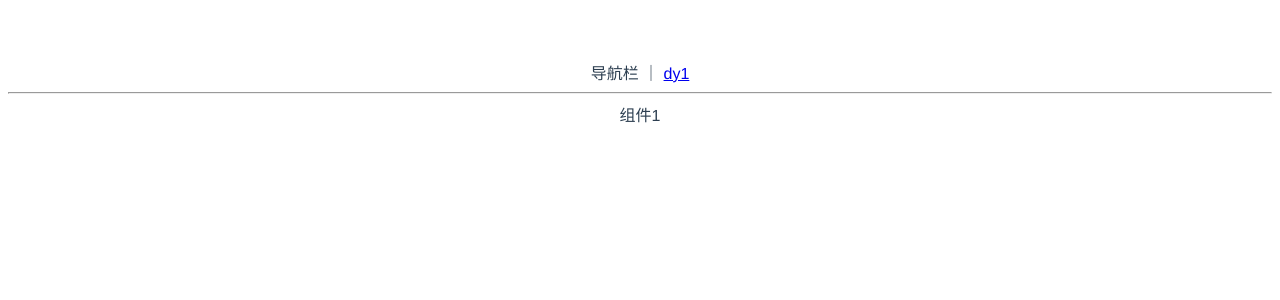
Repository: SquallChen/dy-ui
Page: /
An editor plug-in stored every save of this project. The page is shown before and after the next save, followed by the edit.
The browser window is 1280 px wide. The pictures show the whole page.
The project was rebuilt for these pictures with package versions that can differ from the ones it lists, and the page was loaded fresh each time.

Above is the page before, as saved 2020-08-05 20:53:39.

### src/main.ts
import { createApp } from 'vue'
import App from './App.vue'
import './index.css'
import {createWebHashHistory,createRouter} from 'vue-router';
import dy from './components/dy.vue';
import dy2 from './components/dy.vue';
const history = createWebHashHistory()
const router = createRouter({
  history:history,
  routes:[
    {path:'/',component:dy},
    {path:'/xxx',component:dy2},
  ]
})
const app = createApp(App);
app.use(router)
app.mount('#app')

### src/App.vue
<template>
  <div> 导航栏 ｜ <router-link to="/">dy1</router-link> </div>
  <hr/>
  <router-view></router-view>
</template>

<script>
import dy from './components/dy.vue'

export default {
  name: 'App',
}
</script>

### src/components/dy.vue
<!--
 * @Autor: cxq
 * @Date: 2020-08-05 19:48:54
 * @LastEditTime: 2020-08-05 19:49:10
 * @Description
-->
<template>
  <div>
    组件1
  </div>
</template>

Loaded but not shown: index.html (common file); src/index.css (common file)

After the next save:
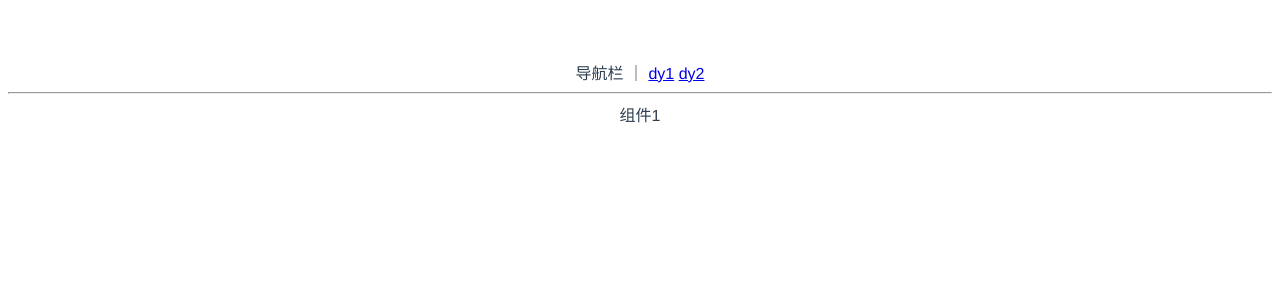
Saved 7 s later.
--- a/src/App.vue
+++ b/src/App.vue
@@ -1,5 +1,5 @@
 <template>
-  <div> 导航栏 ｜ <router-link to="/">dy1</router-link> </div>
+  <div> 导航栏 ｜ <router-link to="/">dy1</router-link> <router-link to="/xxx">dy2</router-link></div>
   <hr/>
   <router-view></router-view>
 </template>
